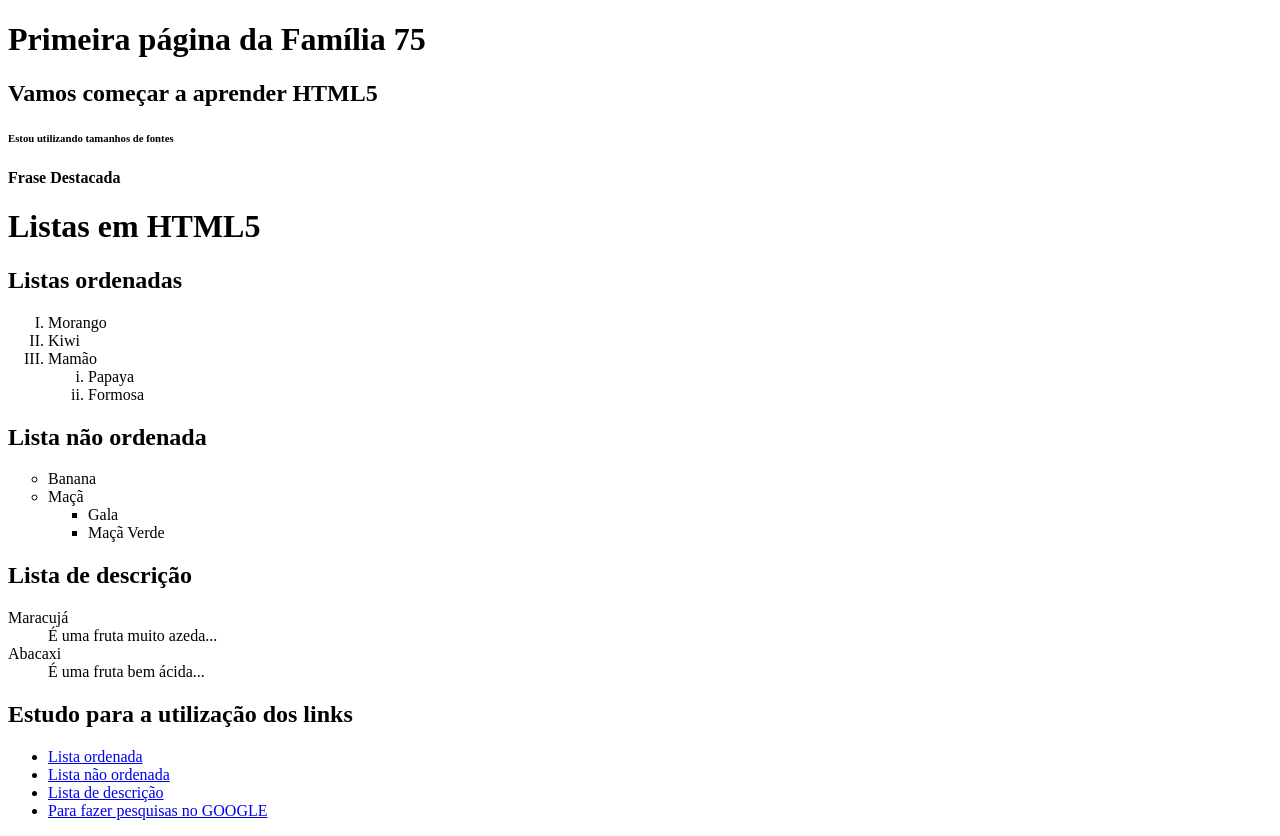
Repository: Thichi99/BootcampGen75
Page: Familia75/index.html
The author's editor kept a copy of each file at every save. The page is drawn from the files as they stood at one save, then again after a run of saves.
The browser window is 1280 px wide. The pictures show the whole page.

Above is the page before, as saved 2024-07-26 11:21:44.

### Familia75/index.html
<!DOCTYPE html> <!--Estou indicando que é um documento do tipo HTML-->
<html lang="pt-br">
<head>
    <meta charset="UTF-8">
    <meta name="viewport" content="width=device-width, initial-scale=1.0">
    <meta name="author" content="Luís Guerreiro">
    <meta name="description" content="Minha primeira pagina Web -- Olá Mundo!!!">
    <meta name="keywords" content="Pobreza,erradicação,familia">
    <title>Família 75</title>
</head>
<body>
   <h1>Primeira página da Família 75</h1>
   <h2>Vamos começar a aprender HTML5</h2>
   <h6>Estou utilizando tamanhos de fontes</h6>
   <strong>Frase Destacada</strong>
   <h1>Listas em HTML5</h1>
   <h2>Listas ordenadas</h2>
   <ol type="I">
        <li>Morango</li>
        <li>Kiwi</li>
        <li>Mamão
            <ol type="i">
                <li>Papaya</li>
                <li>Formosa</li>
            </ol>
        </li>
   </ol>
   <h2>Lista não ordenada</h2>
   <ul type="circle">
        <li>Banana</li>
        <li>Maçã
            <ul type="square">
                <li>Gala</li>
                <li>Maçã Verde</li>
            </ul>
        </li>
   </ul>
   <h2>Lista de descrição</h2>
   <dl>
        <dt>Maracujá</dt>
        <dd>É uma fruta muito azeda...</dd>
        <dt>Abacaxi</dt>
        <dd>É uma fruta bem ácida...</dd>
   </dl>

   <h2>Estudo para a utilização dos links</h2>
   <ul>
    <li><a href=".\ordenada.html">Lista ordenada</a></li>
    <li><a href=".\naoOrdenada.html">Lista não ordenada</a></li>
    <li><a href=".\listadescricao.html">Lista de descrição</a></li>
    <li><a href="http://google.com">Para fazer pesquisas no GOOGLE</a></li>

   </ul>


</body>
</html>

After the next 2 saves:
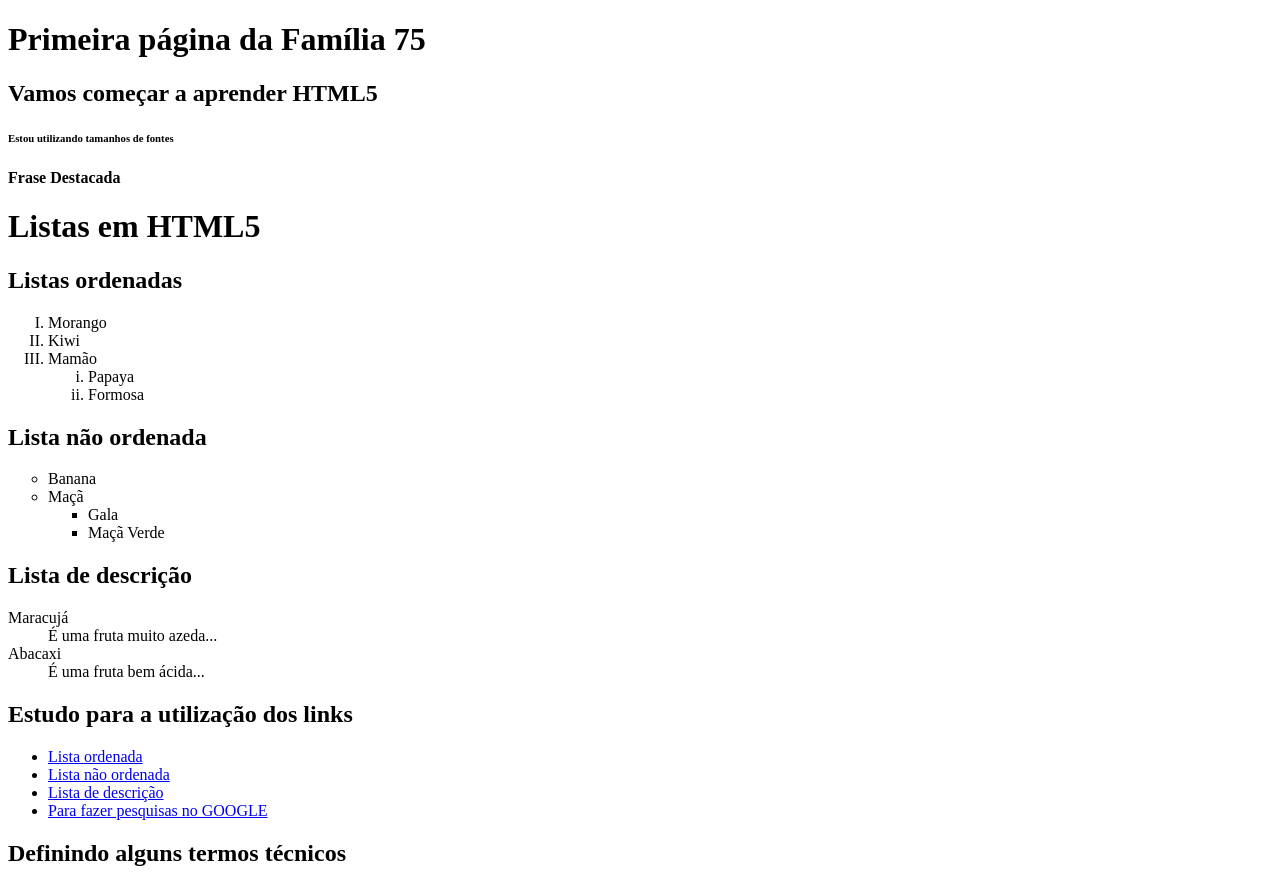
The 2 saves are shown as one change because they came seconds apart.
The last was saved 68 s later.
--- a/Familia75/index.html
+++ b/Familia75/index.html
@@ -52,6 +52,7 @@
 
    </ul>
 
+   <h2>Definindo alguns termos técnicos</h2>
 
 </body>
 </html>
